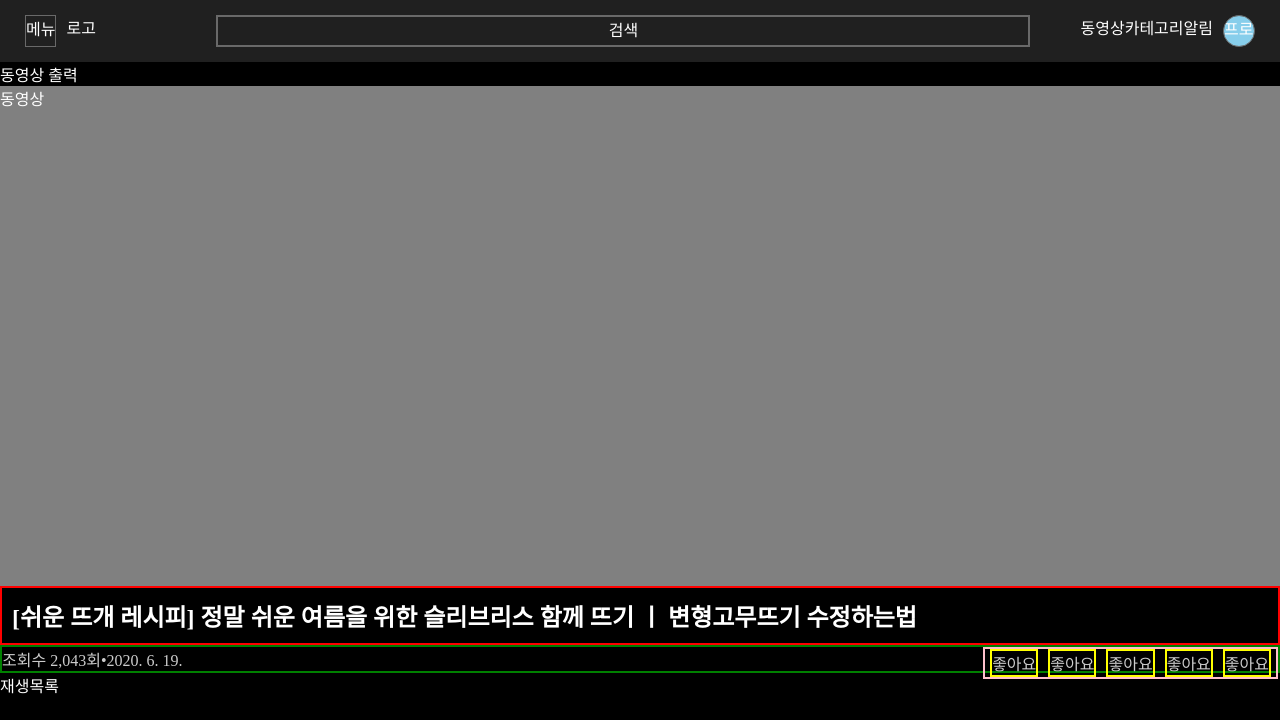
Repository: roseline0912/LikeLion
Page: YouTube_Clone/youtube.html
The author's editor kept a record of every edit. The page is drawn from the files as they stood at one moment, then again after the next edit.
The browser window is 1280 px wide. The pictures show the whole page.

Above is the page before.

### YouTube_Clone/youtube.html
<!DOCTYPE html>
<html lang="en">
<head>
    <meta charset="UTF-8">
    <meta name="viewport" content="width=device-width, initial-scale=1.0">
    <meta http-equiv="X-UA-Compatible" content="ie=edge">
    <link rel="stylesheet" href="youtube.css" type="text/css" />
    <title>My YouTube</title>
</head>
<body>
    <nav class="nav-global">
        <div class="nav-item">메뉴</div>
        <div class="nav-logo">로고</div>
        <div class="nav-search">검색</div>
        <div class="nav-video">동영상</div>
        <div class="nav-category">카테고리</div>
        <div class="nav-alarm">알림</div>
        <div class="nav-profile nav-item">프로필</div>
    </nav>
    <section class="left-section">동영상 출력</section>
    <div class="video-area">동영상</div>
    <div class="video-title">[쉬운 뜨개 레시피] 정말 쉬운 여름을 위한 슬리브리스 함께 뜨기 ㅣ 변형고무뜨기 수정하는법</div>
    <div class="video-info">
        <div class="video-viewcount">조회수 2,043회•2020. 6. 19.</div>
        <div class="video-info_btn_container">
            <div class="btn-like">좋아요</div>
            <div class="btn-hate">좋아요</div>
            <div class="btn-share">좋아요</div>
            <div class="btn-save">좋아요</div>
            <div class="btn-etc">좋아요</div>
        </div>
    </div>
    <section class="right-section">재생목록</section>

</body>
</html>

### YouTube_Clone/youtube.css
body{
    background-color:black;
    color:white;
    margin:0;
}

.nav-global{
    display:flex;
    background-color:#202020;
    padding:15px;
}

.nav-search{
    flex:1;   /*다른 태그들이 차지하는 공간을 제외하고 모든 공간을 차지함.*/
    border:2px solid dimgray;
    margin: 0 50px;
    text-align:center;
}

.nav-item, nav-logo{
    border:1px solid dimgray;
}

.nav-item{
    margin:0 10px;
}

.nav-logo{
    width:100px;
}

.nav-profile{
    width:30px;
    height:30px;
    border-radius:50%; /*일반적으로 원을 만들때는 정사각형을 만들고 radius 50%를 사용합니다.*/
    background-color:skyblue;
    overflow:hidden; /*얘는 우리가 정해놓은 사이즈를 내부 내용이 넘어가면 숨기겠다라는 속성입니다. 이 외에도 scroll도있습니다*/
}

.container .left-section{
    border: 2px solid blue;
    display: inline-block;
    /*width: 28%;*/
    min-height:600px;
    flex:6;
}

.container .right-section{
    float: right;
    flex:4;
}

.video-area{
    height:500px;
    background-color:grey;
}

.video-title{
    border:2px solid red;
    padding:10px;
    font-weight:bold;
    font-size:1.5rem;
}

.video-info{
    border:2px solid green;
    color:#ccc;     /* viedo_info클래스 밑에 있는 클래스들은 모두 글자색이 회색이므로
                    상위 클래스에 속성을 부여해 하위 클래스까지 영향을 주도록했습니다.*/

    display: flex;   /*이렇게 작성을 해주면 하위 div가 block이지만 우리들 마음대로 다루기 편해집니다.*/

    position: relative; /*기준점이 videoinfo박스(초록색박스)가 되므로 relative설정을 해줍니다.*/
}

.view-viewcount{
    border:2px solid yellow;
}

.video-info_btn_container{
    border: 2px solid pink;
    display: flex;

    position: absolute; /*btn container를 info box기준으로 오른쪽에 위치시키기위해 absolute속성을 이용했습니다.*/
    right:0;
    top:0;


}

.video-info_btn_container div{
    margin:0 5px;
    border:2px solid yellow;
}

.list_item div {
    border:green 1px solid;  /*임시 border를 만들어서 보기편하게 해줍니다.*/
}
.list_item{
    padding:10px;         /*listing되는 item들은 안쪽으로 여백이 있으니 padding값을 줍니다.*/
}
.list_thumbnail{
    height:100px;        /*사진의 높이는 100px정도로 잡고*/
    width: 40%;          /*넓이를 right_section기준 40%로 잡아줍니다.(반응형을 위해)*/
    background-color: grey; /*grey 배경색을 깔아주고*/
    float: left;            /*위에서 사용했던 float속성을 이용해서 썸네일이 왼쪽에 둥 떠있게 해줍니다.*/
    display: inline-block;  /*그리고 한줄에 여러개의 요소가 들어오므로 inline-block*/
    margin-right: 10px;     /*썸네일과 오른쪽 정보간의 간격 10px만큼줬습니다.*/
}
.list_title{
    font-weight: bold;    /*제목은 두껍게 처리를 해주었습니다.*/
    width:55%;            /*그리고 썸네일이 쓰고 남은 section기준 width 60%중에서 여유롭게 55%만 차지하도록 해줍니다.*/
    display: inline-block;  /*썸에일 오른쪽에 제목이 위치해야 하므로 inline-block*/

}
.list_author{
    color:#ccc;      /*작성자의 색깔은 회색입니다.*/
}
.list-info{
    font-size:0.8rem;   /*조회수 및 게시일은 작성자보다 조금 작은 0.8배로 크기를 지정했습니다.*/
    color:#ccc;
}

After the next edit:
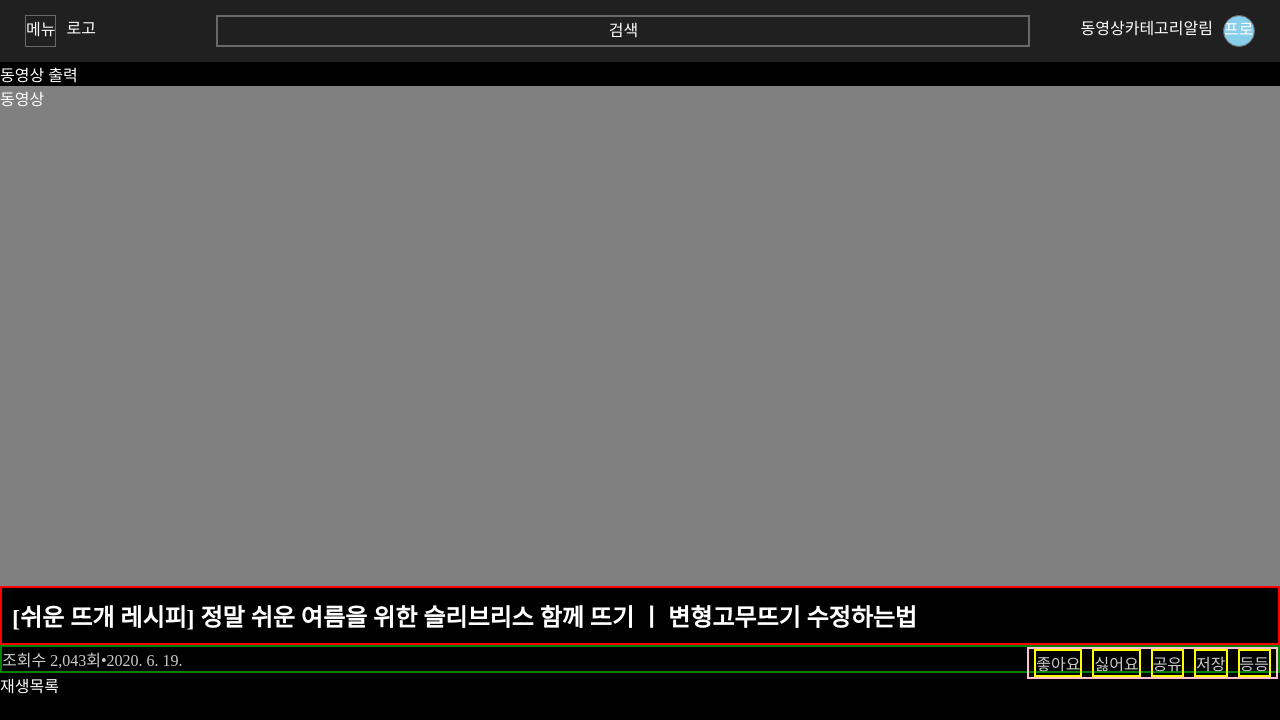
The edit:
--- a/YouTube_Clone/youtube.html
+++ b/YouTube_Clone/youtube.html
@@ -24,10 +24,10 @@
         <div class="video-viewcount">조회수 2,043회•2020. 6. 19.</div>
         <div class="video-info_btn_container">
             <div class="btn-like">좋아요</div>
-            <div class="btn-hate">좋아요</div>
-            <div class="btn-share">좋아요</div>
-            <div class="btn-save">좋아요</div>
-            <div class="btn-etc">좋아요</div>
+            <div class="btn-hate">싫어요</div>
+            <div class="btn-share">공유</div>
+            <div class="btn-save">저장</div>
+            <div class="btn-etc">등등</div>
         </div>
     </div>
     <section class="right-section">재생목록</section>
